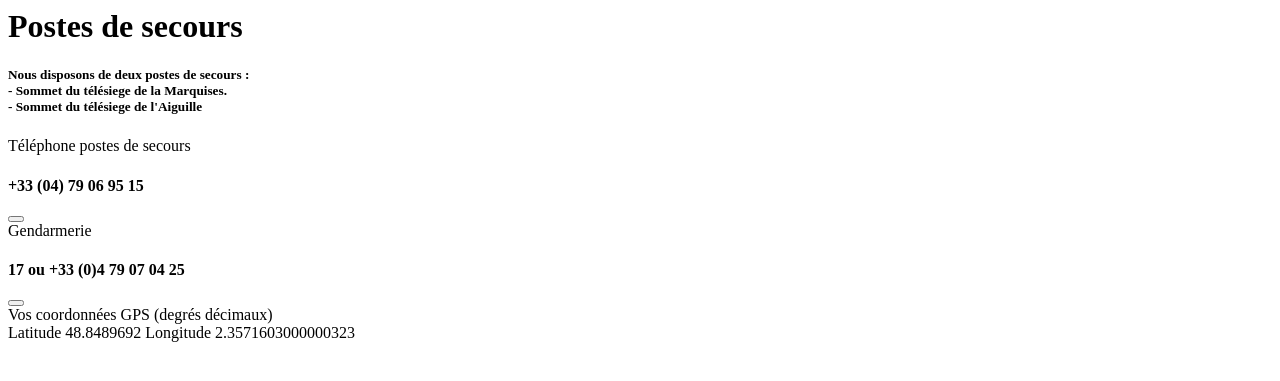
Repository: numericgraphics/Rosiere_Service
Page: www/templates/secours.html
The author's editor kept a record of every edit. The page is drawn from the files as they stood at one moment, then again after the next edit.
The browser window is 1280 px wide. The pictures show the whole page.

Above is the page before.

### www/templates/secours.html


<ion-view title="Secours">

        <ion-content  class="has-header has-footer padding">
        <!--<div class="row" style="text-align:center;"><h3><i class="icon ion-medkit"></i></h3><h3> Postes de Secours</h3></div>-->

        <h1 ><i class="icon ion-medkit"></i> Postes de secours</h1 >


          <h5>Nous disposons de deux postes de secours : </br>- Sommet du télésiege de la Marquises.</br>- Sommet du télésiege de l'Aiguille</h5>

          <div class="card">
          <div class="item item-divider">
            Téléphone postes de secours
          </div>
          <div class="item item-text-wrap item-button-right">
            <h4>+33 (04) 79 06 95 15</h4>
            <button class="button button-assertive">
              <i class="icon ion-ios7-telephone"></i>
            </button>
          </div>
        </div>

        <div class="card">
          <div class="item item-divider">
            Gendarmerie
          </div>
          <div class="item item-text-wrap item-button-right">
            <h4>17 ou +33 (0)4 79 07 04 25</h4>
            <button class="button button-assertive">
              <i class="icon ion-ios7-telephone"></i>
            </button>
          </div>
        </div>

        <div class="card">
          <div class="item item-divider">
            Vos coordonnées GPS (degrés décimaux)
          </div>
          <div class="list">
          <a class="item">
            Latitude
            <span class="item-note">
              48.8489692
            </span>
          </a>
          <a class="item">
            Longitude
            <span class="item-note">
              2.3571603000000323
            </span>
          </a>
          </div>
        </div>


        </ion-content>
      </ion-view>

After the next edit:
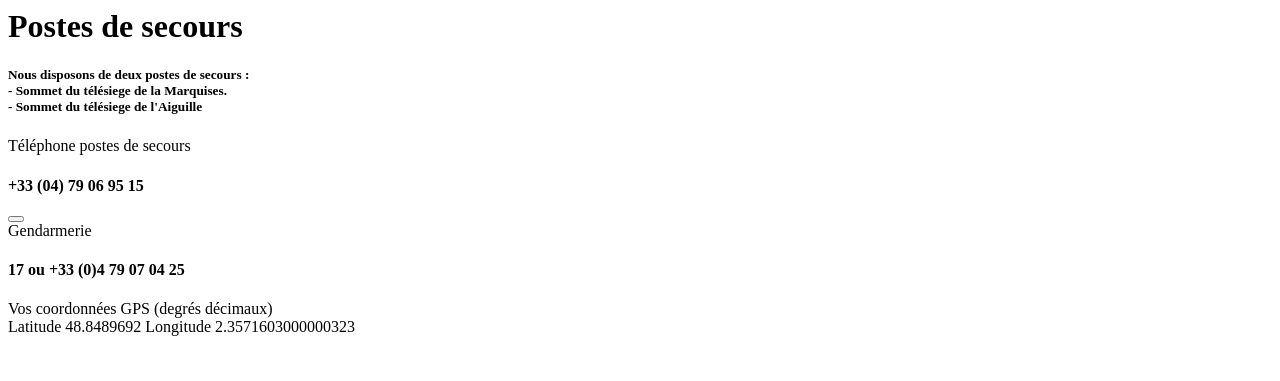
The edit:
--- a/www/templates/secours.html
+++ b/www/templates/secours.html
@@ -28,7 +28,7 @@
           </div>
           <div class="item item-text-wrap item-button-right">
             <h4>17 ou +33 (0)4 79 07 04 25</h4>
-            <button class="button button-assertive">
+            <a class="button button-assertive">
               <i class="icon ion-ios7-telephone"></i>
             </button>
           </div>
